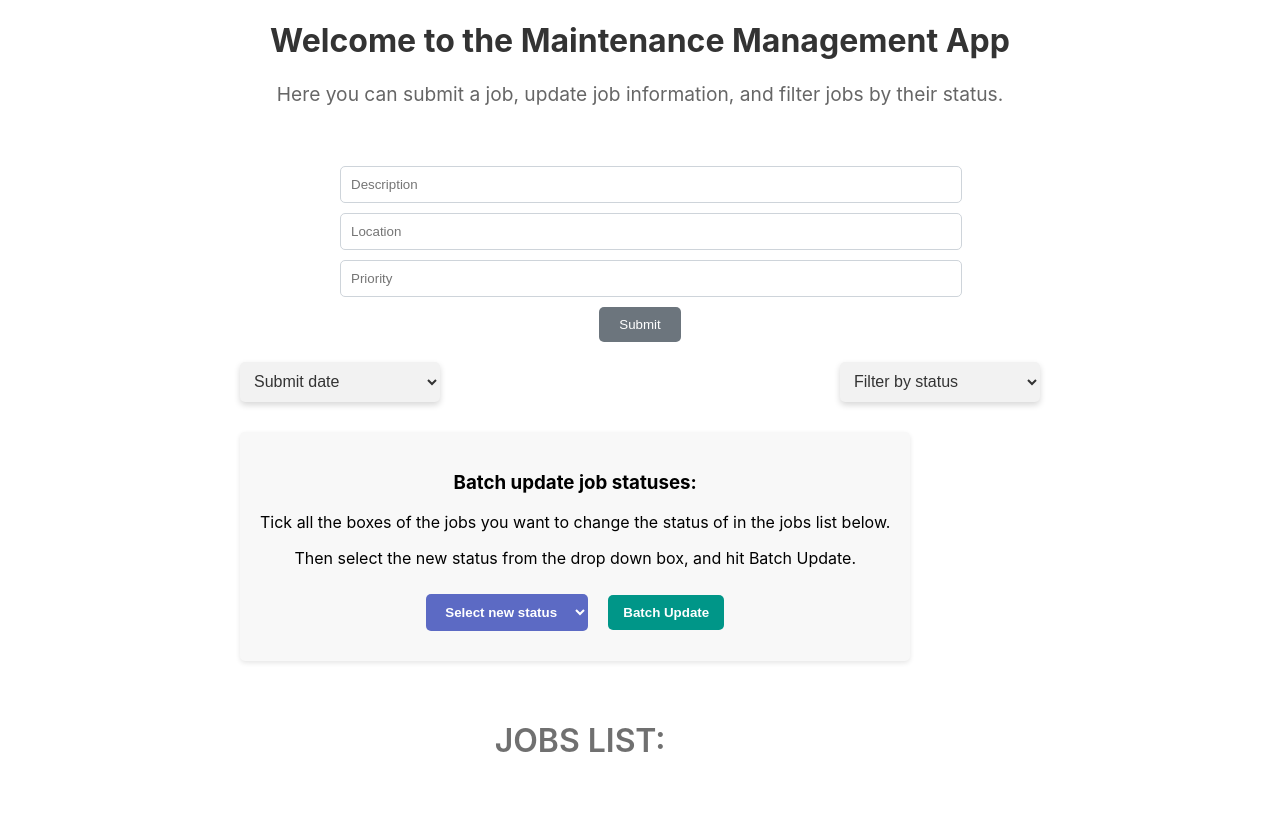
Repository: mikasteyn999/Maintenance-Manager-App
Page: / (app in frontend/)
These files come from the project's save history. The page is drawn as it stood at one moment and after the next save; the edit follows.
The browser window is 1280 px wide. The pictures show the whole page.
The page's requests for data from a server got no answer. The project was rebuilt for these pictures with package versions that can differ from the ones it lists, and the page was loaded fresh each time. No one was signed in, and anything a server would have sent is missing. Also part of the build but not shown: frontend/src/style/Job.css, frontend/src/components/Job.js, frontend/src/style/JobUpdateForm.css, frontend/src/components/JobUpdateForm.js.

Above is the page before, as saved 2023-06-05 17:51:26.

After the next save:
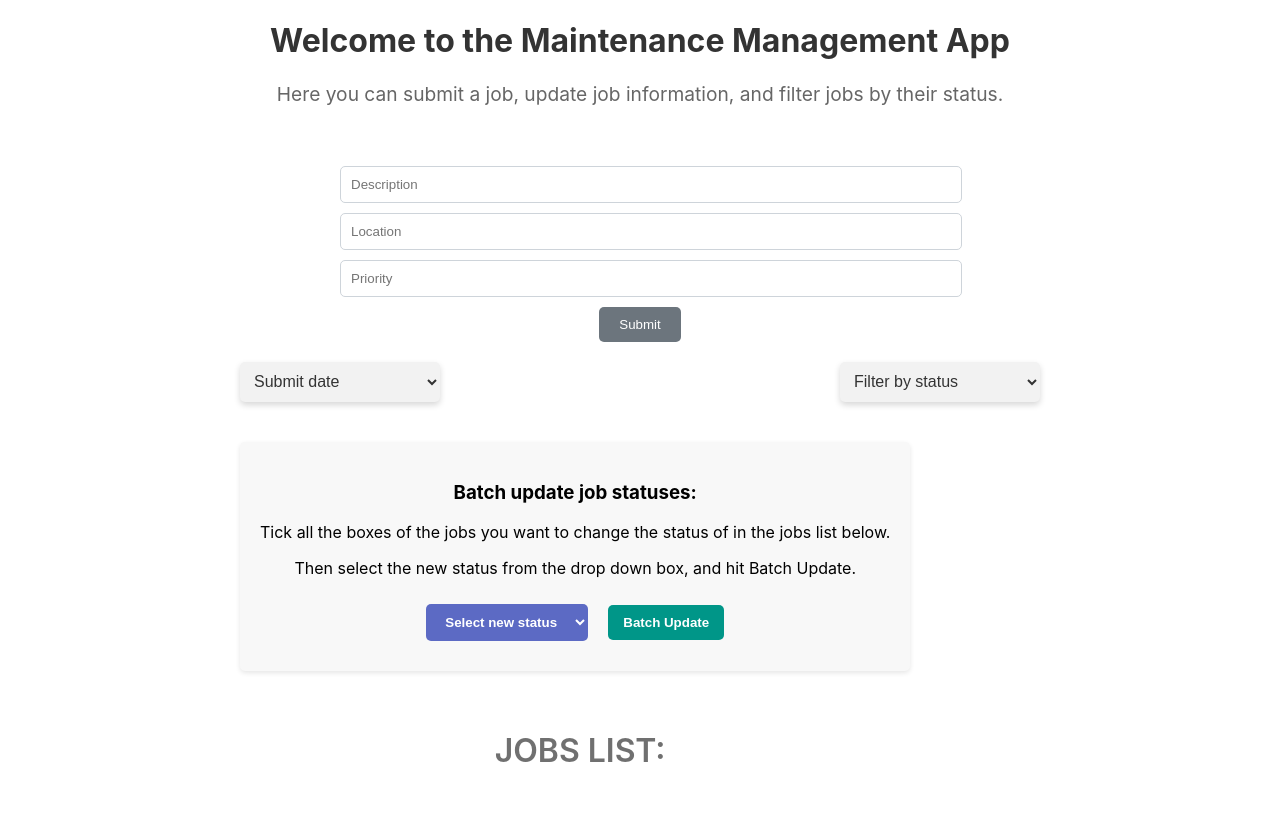
Saved 82 s later.
--- a/frontend/src/style/JobsList.css
+++ b/frontend/src/style/JobsList.css
@@ -77,7 +77,7 @@
     border: none;
     border-radius: 5px;
     padding: 5px 10px;
-    margin-bottom: 30px;
+    margin-bottom: 40px;
     box-shadow: 0 3px 6px 0 rgba(0,0,0,0.16);
     font-size: 16px;
     color: #333;
